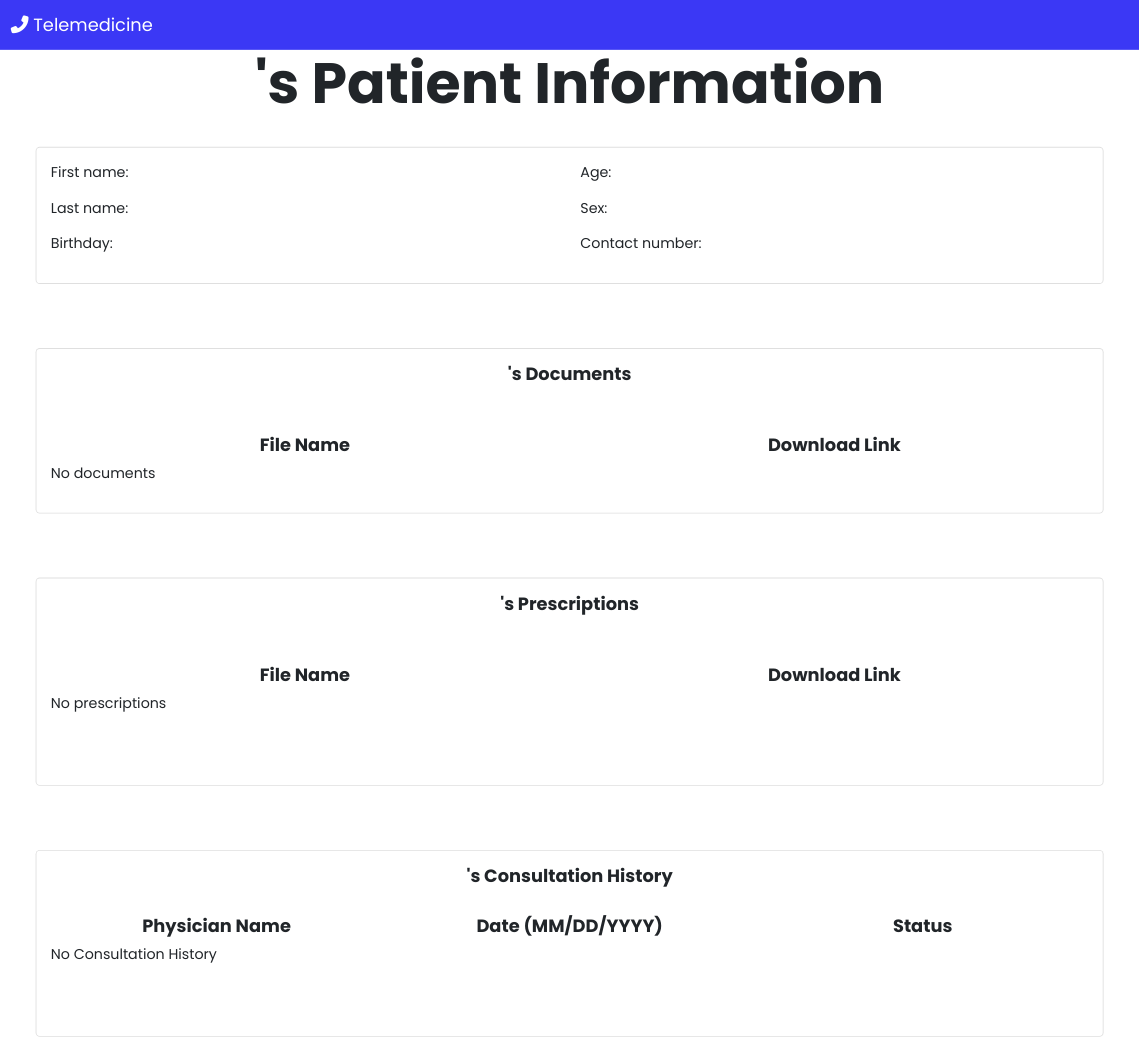
Repository: aragahan/HI-191
Page: main/templates/main/patient.html
An editor plug-in stored every save of this project. The page is shown before and after the next save, followed by the edit.
The browser window is 1280 px wide. The pictures show the whole page, at 89% of full size.
Some web libraries are served in a nearby version. The template is drawn by Django 3.2. The application's start-up code is not run. The template is opened directly, without the code that normally fills it, so the values that code supplies are empty.

Above is the page before, as saved 2022-06-17 14:34:00.

After the next save:
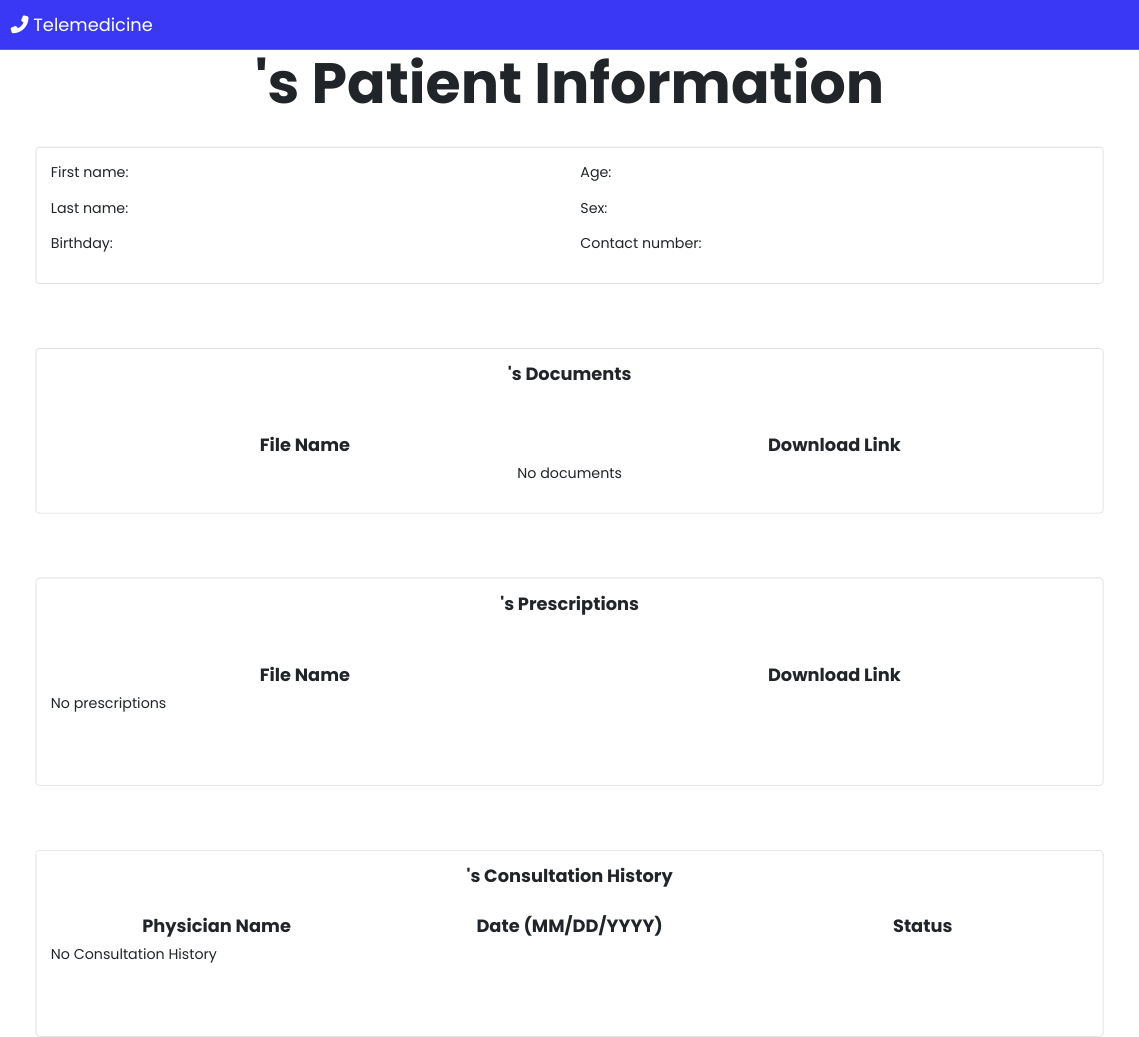
Saved 40 s later.
--- a/main/templates/main/patient.html
+++ b/main/templates/main/patient.html
@@ -85,7 +85,7 @@
                     </div>
 
                     {% empty %}
-                        <p> No documents </p>
+                        <p style="text-align: center;"> No documents </p>
                     {% endfor %}
             </div>
         </div>
